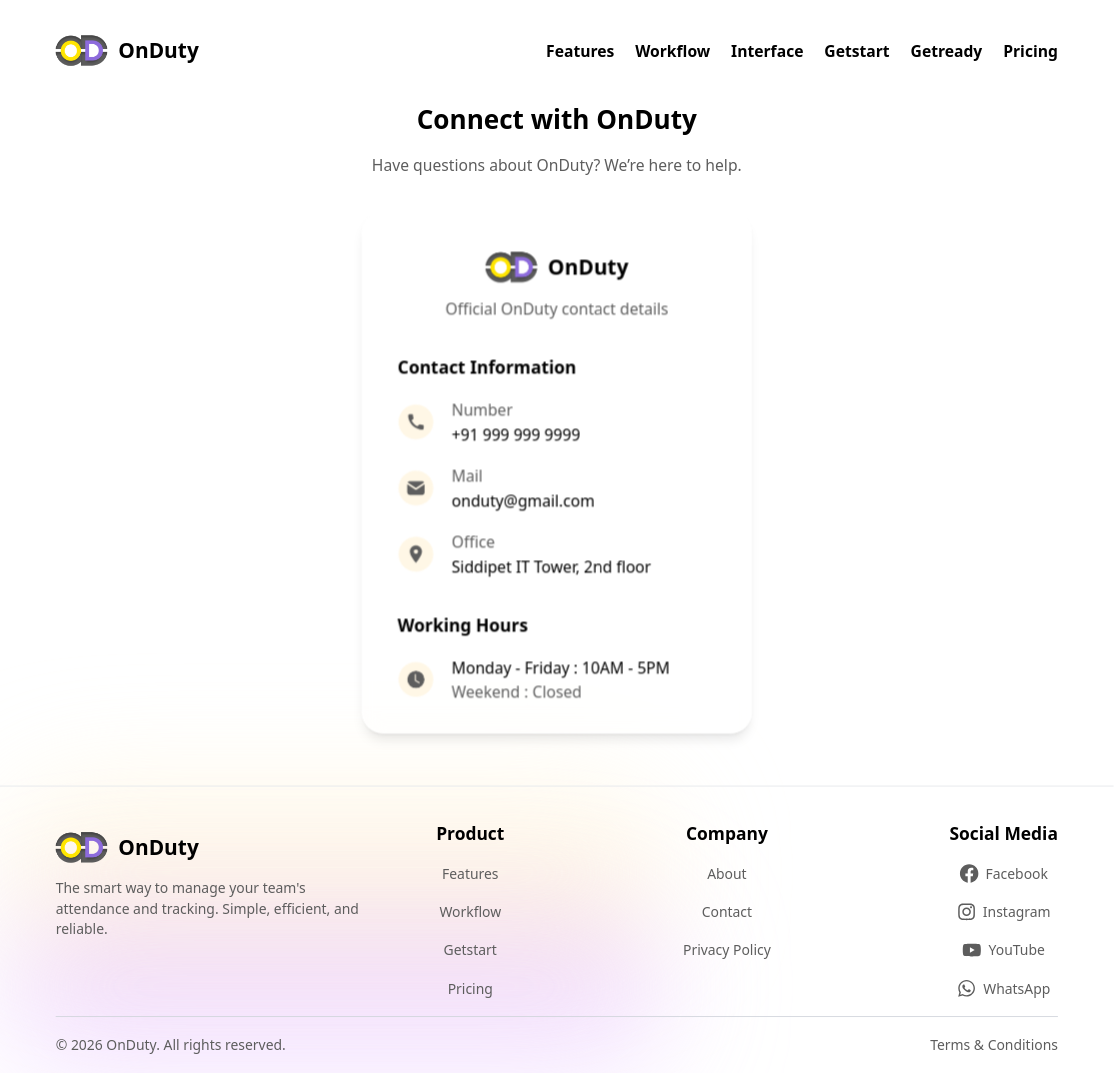
Repository: shekharzorin/ONDUTY-V1
Page: /contact
The author's editor kept a copy of each file at every save. The page is drawn from the files as they stood at one save, then again after the next save.
The browser window is 1280 px wide. The pictures show the whole page, at 87% of full size.
The project was rebuilt for these pictures with package versions that can differ from the ones it lists, and the page was loaded fresh each time. The framework's server and built-in components were replaced by stand-ins that run in the browser. Also part of the build but not shown: next.config.mjs, vite.config.js, app/components/ui/Crossicon.tsx.

Above is the page before, as saved 2026-01-17 16:45:38.

After the next save:
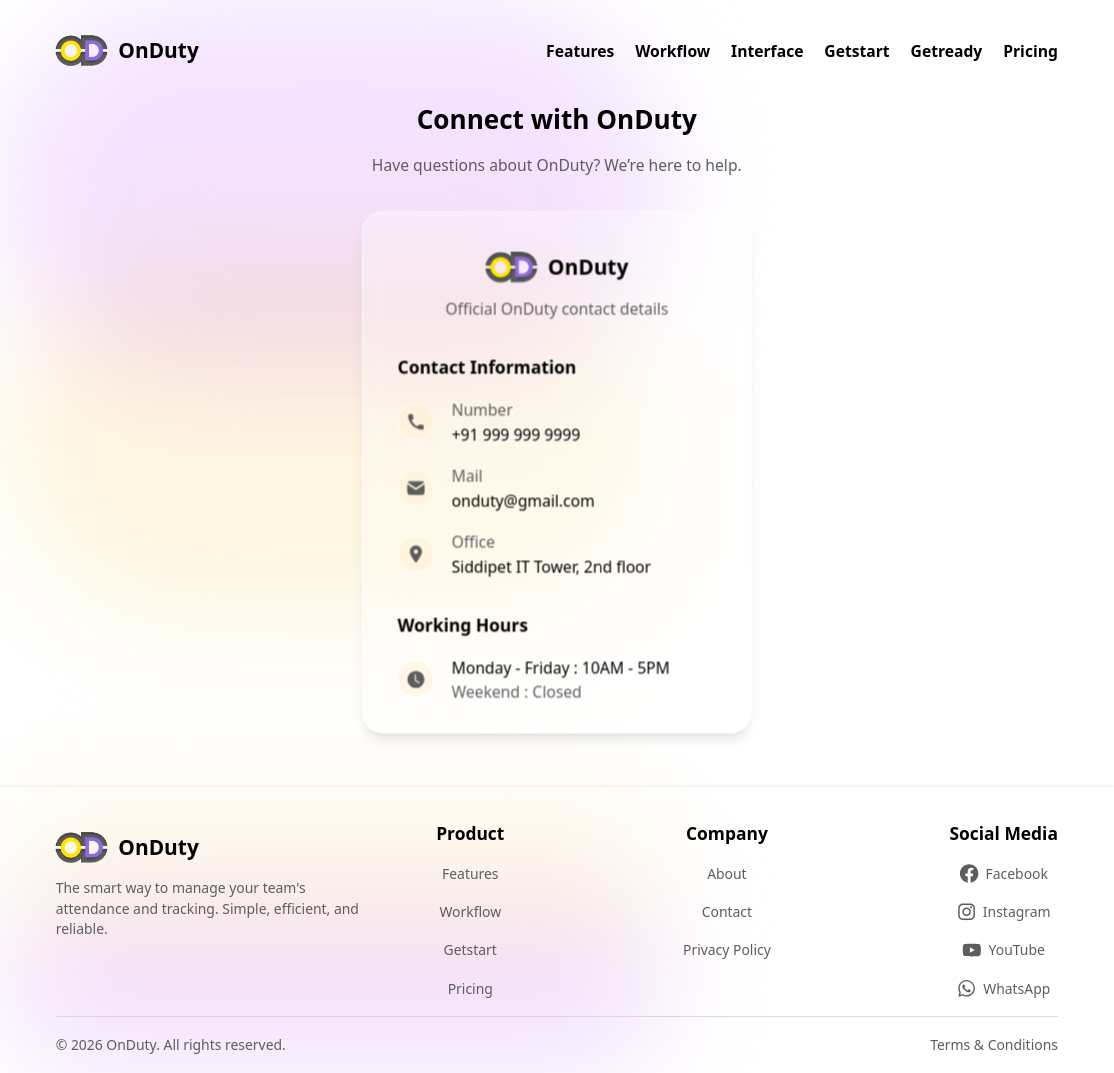
Saved 12 s later.
--- a/app/components/sections/contact.tsx
+++ b/app/components/sections/contact.tsx
@@ -23,6 +23,12 @@ const Contact = () => {
 
   return (
     <section className="px-4 sm:px-6 md:px-8 lg:px-12 xl:px-16 2xl:px-24 max-w-384 mx-auto w-full">
+      {/* Background flare */}
+      <div className="absolute top-0 left-1/2 -translate-x-1/2 w-full h-full max-w-7xl pointer-events-none -z-10">
+        <div className="absolute top-0 w-[60%] h-[60%] bg-[#eccfff] rounded-full blur-3xl opacity-60 mix-blend-multiply filter" />
+        <div className="absolute bottom-0 w-[60%] h-[60%] bg-[#fff0cd] rounded-full blur-3xl opacity-60 mix-blend-multiply filter" />
+      </div>
+
       <div className="flex flex-col items-center justify-center gap-10 mt-30 mb-15">
         <div className="flex flex-col items-center justify-centertext-center gap-5">
           <p className="text-2xl lg:text-3xl font-bold leading-[1.15] lg:text-balance justify-center items-center">
